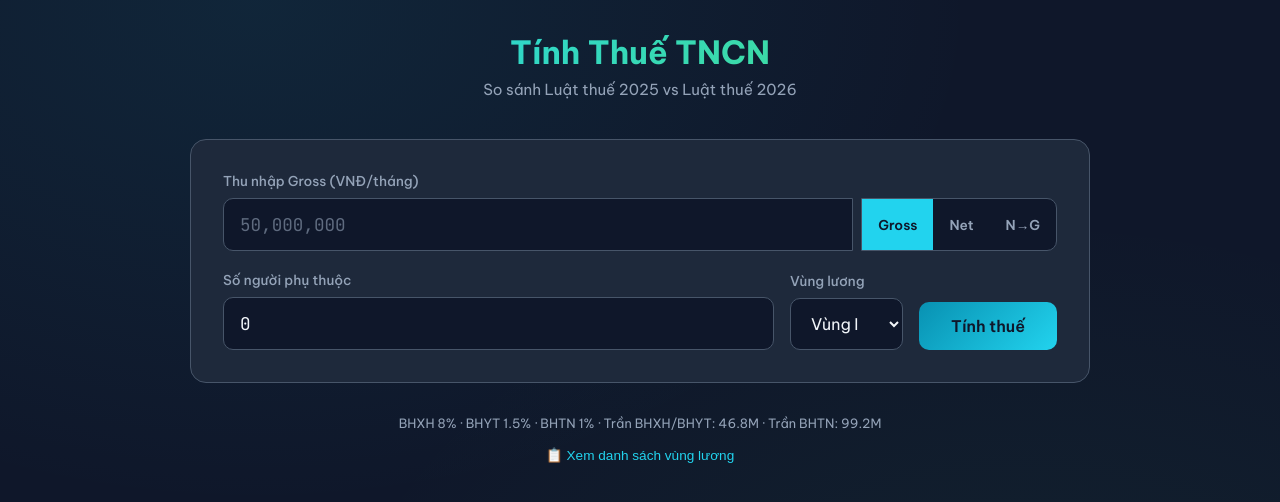
Repository: ph4n4n/vietnam-PIT
Page: index.html
An editor plug-in stored every save of this project. The page is shown before and after the next save, followed by the edit.
The browser window is 1280 px wide. The pictures show the whole page.

Above is the page before, as saved 2025-12-10 13:31:36.

After the next save:
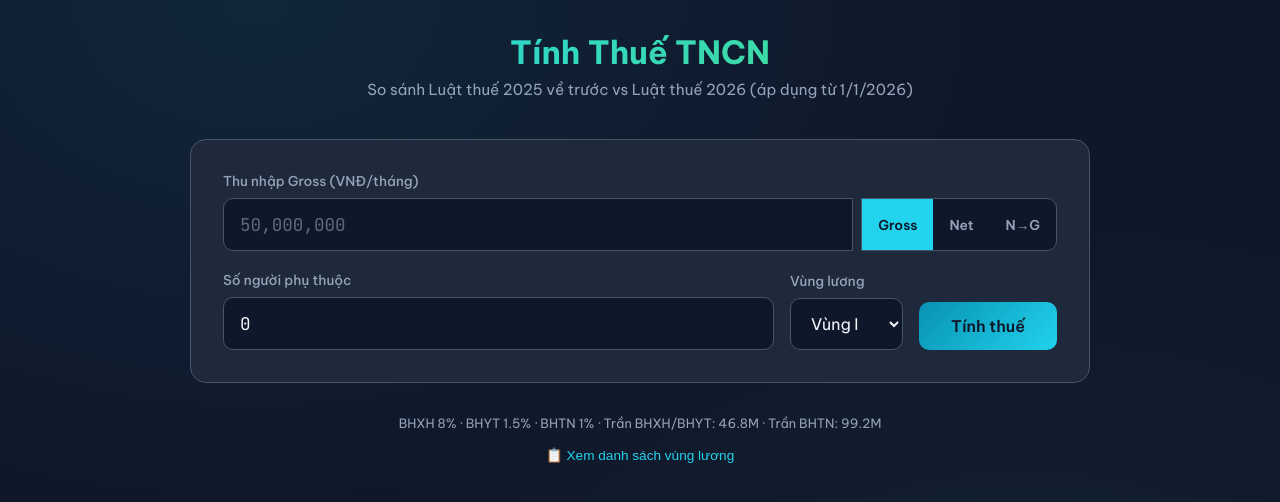
Saved 74 s later.
--- a/index.html
+++ b/index.html
@@ -11,7 +11,7 @@
   <div class="container">
     <header>
       <h1>Tính Thuế TNCN</h1>
-      <p class="subtitle">So sánh Luật thuế 2025 vs Luật thuế 2026</p>
+      <p class="subtitle">So sánh Luật thuế 2025 về trước vs Luật thuế 2026 (áp dụng từ 1/1/2026)</p>
     </header>
 
     <section class="input-section">
@@ -55,8 +55,8 @@
           <thead>
             <tr>
               <th>Mục</th>
-              <th>2025 (Hiện hành)</th>
-              <th>2026 (Dự thảo)</th>
+              <th>2025</th>
+              <th>2026</th>
             </tr>
           </thead>
           <tbody id="resultBody">
